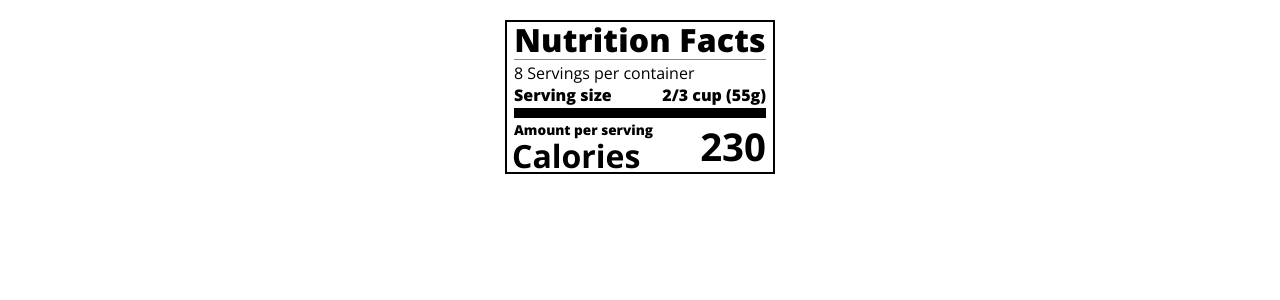
Repository: Lungdjos/typography
Page: index.html
The author's editor kept a copy of each file at every save. The page is drawn from the files as they stood at one save, then again after the next save.
The browser window is 1280 px wide. The pictures show the whole page.

Above is the page before, as saved 2023-10-28 01:34:22.

After the next save:
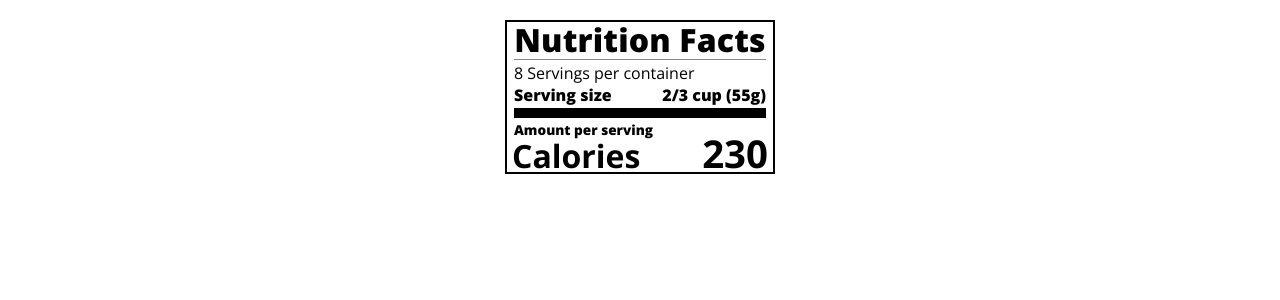
Saved 59 s later.
--- a/styles.css
+++ b/styles.css
@@ -71,4 +71,5 @@ p {
 .calories-info span {
     font-size: 2.4em;
     font-weight: 700;
+    margin: -7px -2px;
 }
